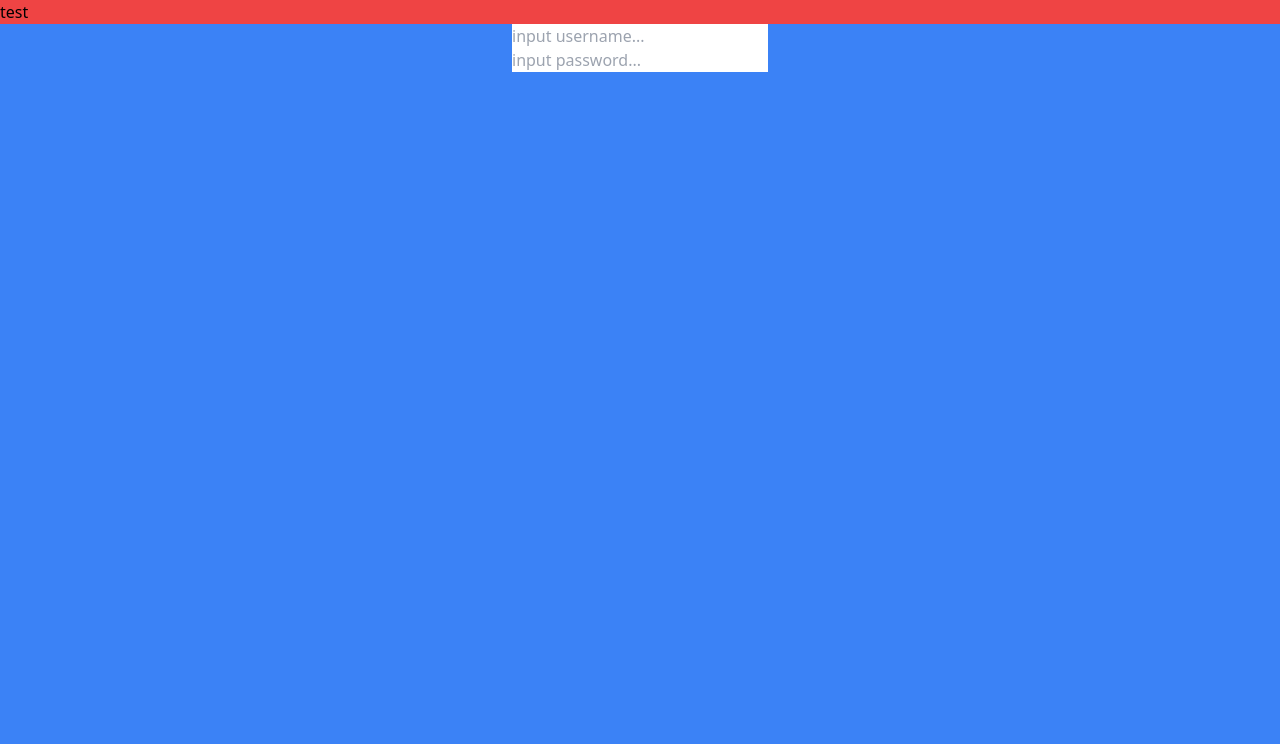
Repository: HAONANTAO/MERN_chat_app
Page: / (app in client/)
An editor plug-in stored every save of this project. The page is shown before and after the next save, followed by the edit.
The browser window is 1280 px wide. The pictures show the whole page.
The project was rebuilt for these pictures with package versions that can differ from the ones it lists, and the page was loaded fresh each time. Also part of the build but not shown: client/vite.config.js.

Above is the page before, as saved 2024-03-18 15:26:39.

### client/src/App.jsx
import Register from "./Register";

function App() {
  return (
    <>
      <div className="bg-red-500">test</div>
      <Register></Register>
    </>
  );
}

export default App;

### client/src/Register.jsx
import React from "react";

const Register = () => {
  return (
    <div className="bg-blue-500 h-screen">
      {/* margin auto == center */}
      <form className="w-64 mx-auto">
        <input
          type="text"
          placeholder="input username..."
          className="block w-full"></input>
        <input
          type="password"
          placeholder="input password..."
          className="block w-full"></input>
      </form>
    </div>
  );
};

export default Register;

### client/tailwind.config.js
/** @type {import('tailwindcss').Config} */
export default {
  content: ["./src/*.jsx"],
  theme: {
    extend: {},
  },
  plugins: [],
};

Loaded but not shown: client/index.html (common file); client/src/main.jsx (common file); client/src/index.css (common file)

After the next save:
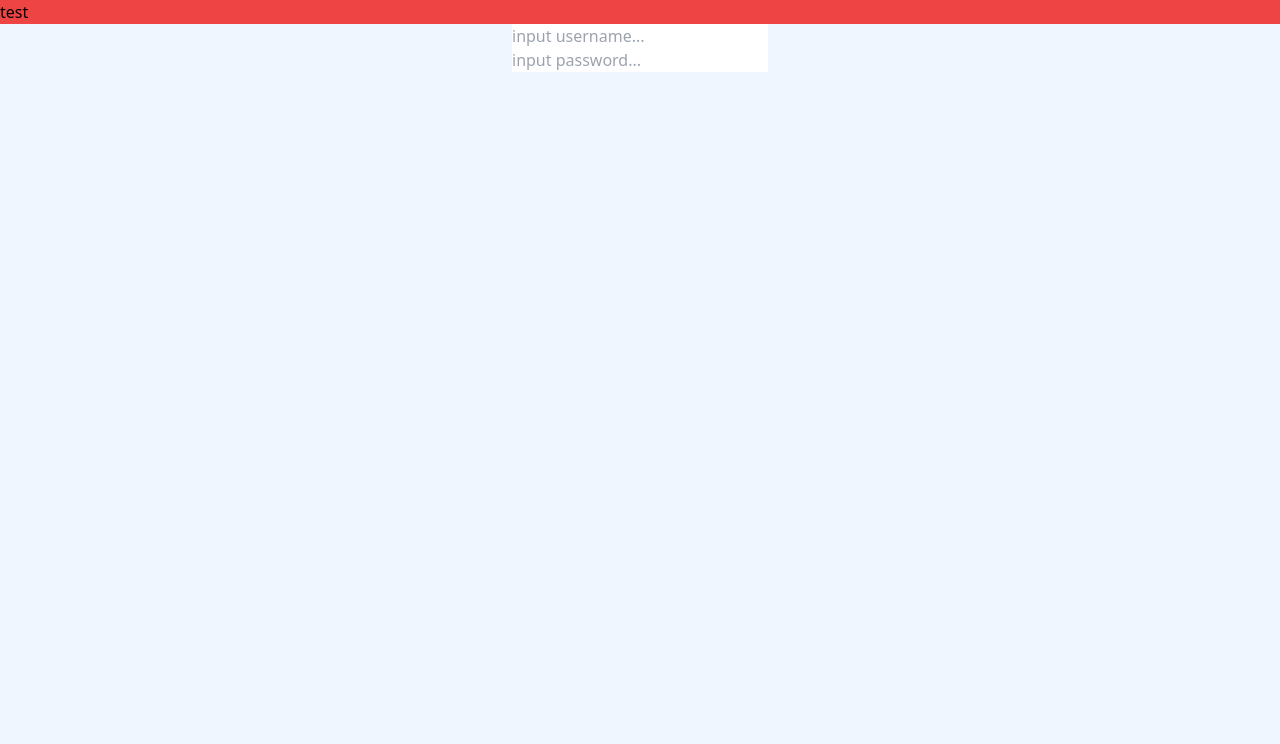
Saved 4 s later.
--- a/client/src/Register.jsx
+++ b/client/src/Register.jsx
@@ -2,7 +2,7 @@ import React from "react";
 
 const Register = () => {
   return (
-    <div className="bg-blue-500 h-screen">
+    <div className="bg-blue-50 h-screen">
       {/* margin auto == center */}
       <form className="w-64 mx-auto">
         <input
